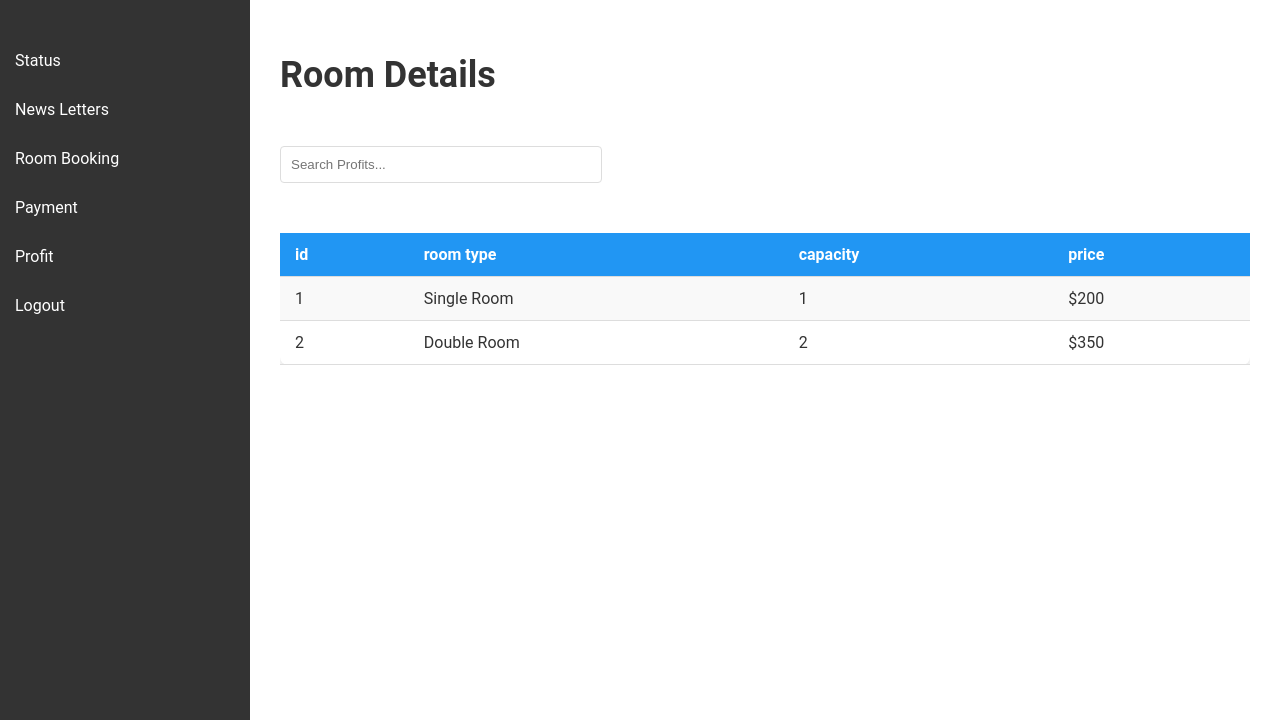
Repository: Trikisalem/examentp_jakarta
Page: http://localhost/hotel/admin/profit.jsp
An editor plug-in stored every save of this project. The page is shown before and after the next save, followed by the edit.
The browser window is 1280 px wide. The pictures show the whole page.
The page is served by Tomcat 10. Nobody is signed in. The application's start-up code is not run. Other server files are loaded and not shown. Queries for data that is not in the repository find no rows.

Above is the page before, as saved 2024-12-14 14:33:07.

### hotel/src/main/webapp/admin/profit.jsp
<%@ page language="java" contentType="text/html; charset=UTF-8" pageEncoding="UTF-8"%>
<!DOCTYPE html>
<html xmlns="http://www.w3.org/1999/xhtml">
<head>
    <meta charset="utf-8" />
    <meta name="viewport" content="width=device-width, initial-scale=1.0" />
    <title>SUNRISE HOTEL</title>

    <!-- CSS intégré -->
    <style>
        /* Style global */
        body {
            font-family: 'Roboto', sans-serif;
            background-color: #f7f7f7;
            margin: 0;
            padding: 0;
            color: #333;
        }

        /* Conteneur principal */
        #wrapper {
            display: flex;
            flex-direction: row;
            min-height: 100vh;
            background-color: #f7f7f7;
        }

        /* Navbar */
        .navbar {
            background-color: #2196F3;
            color: white;
            box-shadow: 0 4px 6px rgba(0, 0, 0, 0.1);
        }

        .navbar a {
            color: white;
            text-decoration: none;
            font-size: 16px;
        }

        .navbar-brand {
            font-size: 24px;
            font-weight: 500;
            letter-spacing: 1px;
        }

        /* Sidebar */
        .navbar-side {
            background-color: #333;
            color: white;
            width: 250px;
            padding-top: 20px;
            box-shadow: 4px 0 6px rgba(0, 0, 0, 0.1);
        }

        .navbar-side ul {
            list-style-type: none;
            padding: 0;
        }

        .navbar-side ul li a {
            color: white;
            padding: 15px;
            text-decoration: none;
            display: block;
            font-size: 16px;
        }

        .navbar-side ul li a:hover {
            background-color: #575757;
            transition: background-color 0.3s ease;
        }

        /* Main Content Area */
        #page-wrapper {
            flex-grow: 1;
            padding: 30px;
            background-color: #fff;
        }

        /* Table */
        .table-responsive {
            margin-top: 30px;
            overflow-x: auto;
        }

        .table {
            width: 100%;
            margin: 0 auto;
            border-collapse: collapse;
            border-radius: 8px;
            box-shadow: 0 4px 6px rgba(0, 0, 0, 0.1);
        }

        .table th, .table td {
            padding: 12px 15px;
            text-align: left;
            border-bottom: 1px solid #ddd;
        }

        .table th {
            background-color: #2196F3;
            color: white;
            font-size: 16px;
        }

        .table-striped tbody tr:nth-child(odd) {
            background-color: #f9f9f9;
        }

        .table-hover tbody tr:hover {
            background-color: #f1f1f1;
            cursor: pointer;
        }

        /* Button */
        .btn {
            padding: 10px 20px;
            font-size: 14px;
            background-color: #2196F3;
            color: white;
            border: none;
            cursor: pointer;
            border-radius: 4px;
            transition: background-color 0.3s ease;
        }

        .btn:hover {
            background-color: #0b7dda;
        }

        /* Search Box */
        .search-box {
            margin-top: 20px;
            padding: 10px;
            border-radius: 4px;
            border: 1px solid #ddd;
            width: 100%;
            max-width: 300px;
            margin-bottom: 20px;
        }

        /* Page Header */
        .page-header {
            font-size: 36px;
            font-weight: 700;
            color: #333;
            margin-bottom: 30px;
        }
    </style>
</head>
<body>
    <div id="wrapper">
        <nav class="navbar-default navbar-side" role="navigation">
            <div class="sidebar-collapse">
                <ul class="nav" id="main-menu">
                    <li><a href="home.jsp"><i class="fa fa-dashboard"></i> Status</a></li>
                    <li><a href="messages.jsp"><i class="fa fa-desktop"></i> News Letters</a></li>
                    <li><a href="roombook.jsp"><i class="fa fa-bar-chart-o"></i> Room Booking</a></li>
                    <li><a href="payment.jsp"><i class="fa fa-qrcode"></i> Payment</a></li>
                    <li><a href="profit.jsp" class="active-menu"><i class="fa fa-qrcode"></i> Profit</a></li>
                    <li><a href="logout.jsp"><i class="fa fa-sign-out fa-fw"></i> Logout</a></li>
                </ul>
            </div>
        </nav>

        <div id="page-wrapper">
            <div id="page-inner">
                <div class="row">
                    <div class="col-md-12">
                        <h1 class="page-header">Room Details</h1>
                    </div>
                </div>

                <!-- Search Box -->
                <div class="row">
                    <div class="col-md-6">
                        <input type="text" class="search-box" placeholder="Search Profits..." onkeyup="searchProfits()">
                    </div>
                </div>

                <div class="row">
                    <div class="col-md-12">
                        <div class="panel panel-default">
                            <div class="panel-body">
                                <div class="table-responsive">
                                    <table class="table table-striped table-bordered table-hover" id="dataTables-example">
                                        <thead>
                                            <tr>
                                                <th>id</th>
                                                <th>room type</th>
                                                <th>capacity</th>
                                                <th>price</th>
                                            </tr>
                                        </thead>
                                        <tbody>
                                            <tr class="gradeC">
                                                <td>1</td>
                                                <td>Single Room</td>
                                                <td>1</td>
                                                <td>$200</td>
                                            </tr>
                                            <tr class="gradeU">
                                                <td>2</td>
                                                <td>Double Room</td>
                                                <td>2</td>
                                                <td>$350</td>
                                            </tr>
                                        </tbody>
                                    </table>
                                </div>
                            </div>
                        </div>
                    </div>
                </div>
            </div>
        </div>
    </div>

    <script>
        function searchProfits() {
            var input, filter, table, tr, td, i, txtValue;
            input = document.querySelector(".search-box");
            filter = input.value.toUpperCase();
            table = document.querySelector(".table");
            tr = table.getElementsByTagName("tr");

            for (i = 0; i < tr.length; i++) {
                td = tr[i].getElementsByTagName("td");
                for (var j = 0; j < td.length; j++) {
                    if (td[j]) {
                        txtValue = td[j].textContent || td[j].innerText;
                        if (txtValue.toUpperCase().indexOf(filter) > -1) {
                            tr[i].style.display = "";
                            break;
                        } else {
                            tr[i].style.display = "none";
                        }
                    }
                }
            }
        }
    </script>
</body>
</html>

After the next save:
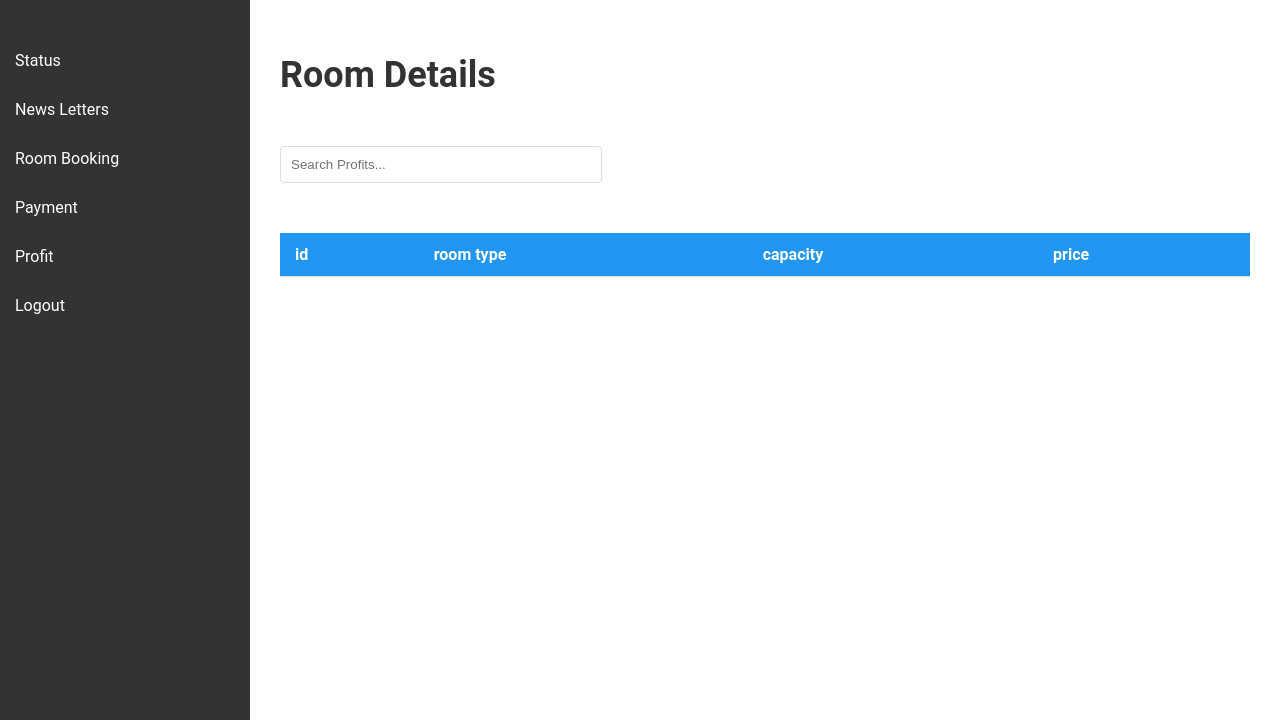
Saved 3 min 36 s later.
--- a/hotel/src/main/webapp/admin/profit.jsp
+++ b/hotel/src/main/webapp/admin/profit.jsp
@@ -1,4 +1,5 @@
 <%@ page language="java" contentType="text/html; charset=UTF-8" pageEncoding="UTF-8"%>
+<%@ page import="java.sql.*" %>
 <!DOCTYPE html>
 <html xmlns="http://www.w3.org/1999/xhtml">
 <head>
@@ -194,18 +195,56 @@
                                             </tr>
                                         </thead>
                                         <tbody>
+                                            <%
+                                                // Connexion à la base de données
+                                                String url = "jdbc:mysql://localhost:3306/yourdatabase";
+                                                String user = "root";
+                                                String password = "password";
+
+                                                Connection conn = null;
+                                                Statement stmt = null;
+                                                ResultSet rs = null;
+
+                                                try {
+                                                    // Charger le driver JDBC
+                                                    Class.forName("com.mysql.cj.jdbc.Driver");
+
+                                                    // Établir la connexion
+                                                    conn = DriverManager.getConnection(url, user, password);
+
+                                                    // Créer la requête SQL
+                                                    String sql = "SELECT id, roomtype, capacity, price FROM rooms";
+                                                    stmt = conn.createStatement();
+                                                    rs = stmt.executeQuery(sql);
+
+                                                    // Afficher les données
+                                                    while (rs.next()) {
+                                                        int id = rs.getInt("id");
+                                                        String roomtype = rs.getString("roomtype");
+                                                        int capacity = rs.getInt("capacity");
+                                                        double price = rs.getDouble("price");
+                                            %>
                                             <tr class="gradeC">
-                                                <td>1</td>
-                                                <td>Single Room</td>
-                                                <td>1</td>
-                                                <td>$200</td>
+                                                <td><%= id %></td>
+                                                <td><%= roomtype %></td>
+                                                <td><%= capacity %></td>
+                                                <td><%= price %></td>
                                             </tr>
-                                            <tr class="gradeU">
-                                                <td>2</td>
-                                                <td>Double Room</td>
-                                                <td>2</td>
-                                                <td>$350</td>
-                                            </tr>
+                                            <%
+                                                    }
+                                                } catch (SQLException | ClassNotFoundException e) {
+                                                    e.printStackTrace();
+                                                } finally {
+                                                    // Fermer la connexion
+                                                    try {
+                                                        if (rs != null) rs.close();
+                                                        if (stmt != null) stmt.close();
+                                                        if (conn != null) conn.close();
+                                                    } catch (SQLException e) {
+                                                        e.printStackTrace();
+                                                    }
+                                                }
+                                            %>
                                         </tbody>
                                     </table>
                                 </div>
